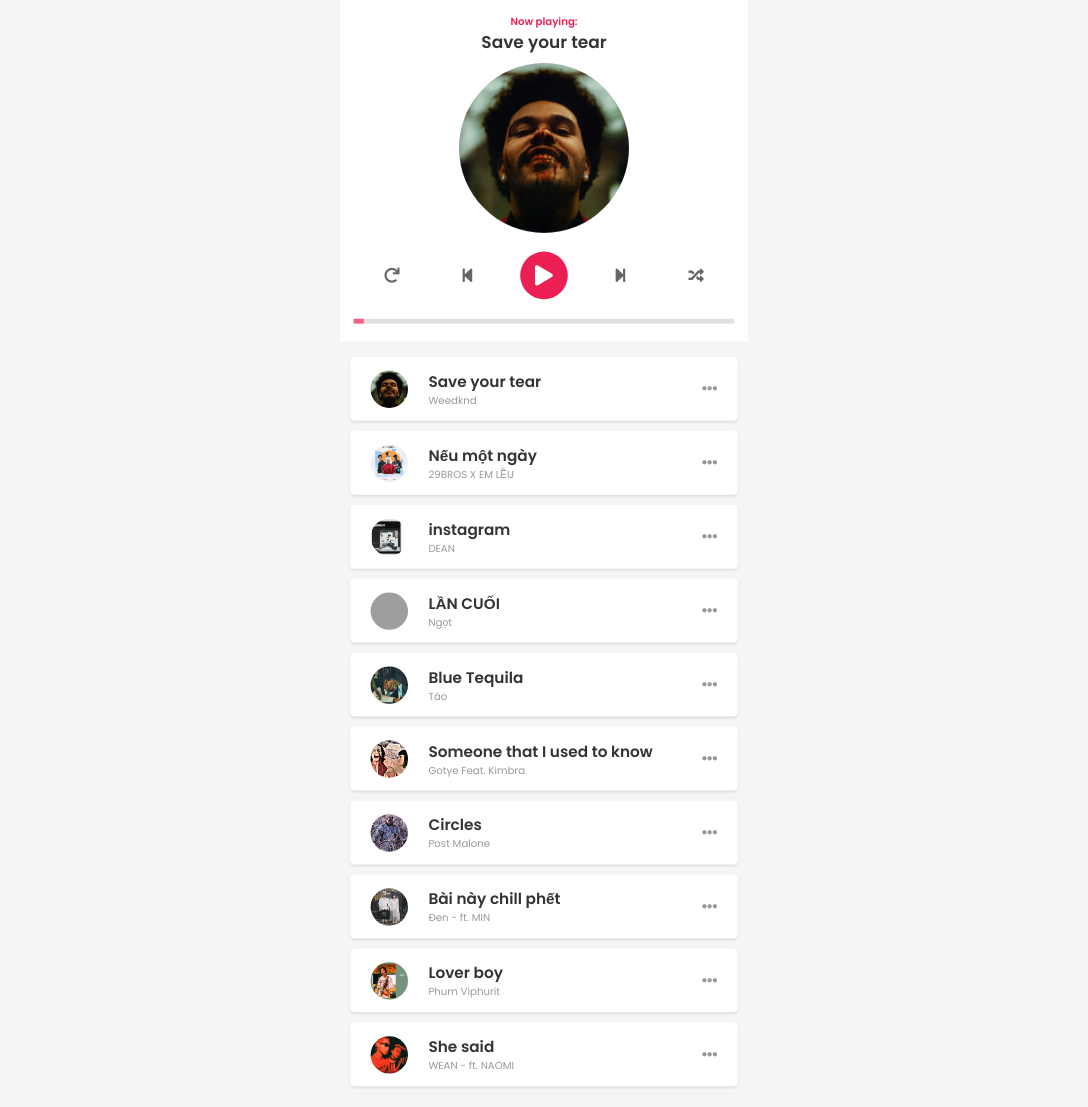
Repository: AnhTuan191298/sent-file-hoang
Page: music_player_f8/index.html
The author's editor kept a copy of each file at every save. The page is drawn from the files as they stood at one save, then again after the next save.
The browser window is 1280 px wide. The pictures show the whole page, at 85% of full size.
Pictures or frames that could not be fetched are drawn as grey boxes.

Above is the page before, as saved 2021-02-18 15:44:01.

### music_player_f8/index.html
<!DOCTYPE html>
<html lang="en">
<head>
    <meta charset="UTF-8">
    <meta http-equiv="X-UA-Compatible" content="IE=edge">
    <meta name="viewport" content="width=device-width, initial-scale=1.0">
    <title>Music player F8</title>
    <link rel="stylesheet" href="https://cdnjs.cloudflare.com/ajax/libs/font-awesome/5.15.2/css/all.min.css" integrity="sha512-HK5fgLBL+xu6dm/Ii3z4xhlSUyZgTT9tuc/hSrtw6uzJOvgRr2a9jyxxT1ely+B+xFAmJKVSTbpM/CuL7qxO8w==" crossorigin="anonymous" />
    <link rel="preconnect" href="https://fonts.gstatic.com">
    <link href="https://fonts.googleapis.com/css2?family=Poppins:wght@300;400;600&display=swap" rel="stylesheet">
    <link rel="stylesheet" href="./assets/css/main.css">
</head>
<body>
    <div class="player">
        <!-- Dashboard -->
        <div class="dashboard">
          <!-- Header -->
          <header>
            <h4>Now playing:</h4>
            <h2>String 57th & 9th</h2>
          </header>

          <!-- CD -->
          <div class="cd">
            <div class="cd-thumb" style="background-image: url('https://i.ytimg.com/vi/jTLhQf5KJSc/maxresdefault.jpg')">
            </div>
          </div>

          <!-- Control -->
          <div class="control">
            <div class="btn btn-repeat">
              <i class="fas fa-redo"></i>
            </div>
            <div class="btn btn-prev">
              <i class="fas fa-step-backward"></i>
            </div>
            <div class="btn btn-toggle-play">
              <i class="fas fa-pause icon-pause"></i>
              <i class="fas fa-play icon-play"></i>
            </div>
            <div class="btn btn-next">
              <i class="fas fa-step-forward"></i>
            </div>
            <div class="btn btn-random">
              <i class="fas fa-random"></i>
            </div>
          </div>

          <input id="progress" class="progress" type="range" value="0" step="1" min="0" max="100">

          <audio id="audio" src=""></audio>
        </div>

        <!-- Playlist -->
        <div class="playlist">

        </div>
    </div>

    <script src="./assets/js/main.js"></script>
</body>
</html>

### music_player_f8/assets/css/main.css
:root {
    --primary-color: #ec1f55;
    --text-color: #333;
  }

  * {
    padding: 0;
    margin: 0;
    box-sizing: inherit;
  }

  body {
    background-color: #f5f5f5;
  }

  html {
    box-sizing: border-box;
    font-family: "Poppins", sans-serif;
  }

  .player {
    position: relative;
    max-width: 480px;
    margin: 0 auto;
  }

  .player .icon-pause {
    display: none;
  }

  .player.playing .icon-pause {
    display: inline-block;
  }

  .player.playing .icon-play {
    display: none;
  }

  .dashboard {
    padding: 16px 16px 14px;
    background-color: #fff;
    position: fixed;
    top: 0;
    width: 100%;
    max-width: 480px;
    border-bottom: 1px solid #ebebeb;
  }

  /* HEADER */
  header {
    text-align: center;
    margin-bottom: 10px;
  }

  header h4 {
    color: var(--primary-color);
    font-size: 12px;
  }

  header h2 {
    color: var(--text-color);
    font-size: 20px;
  }

  /* CD */
  .cd {
    display: flex;
    margin: auto;
    width: 200px;
  }

  .cd-thumb {
    width: 100%;
    padding-top: 100%;
    border-radius: 50%;
    background-color: #333;
    background-size: cover;
    margin: auto;
  }

  /* CONTROL */
  .control {
    display: flex;
    align-items: center;
    justify-content: space-around;
    padding: 18px 0 8px 0;
  }

  .control .btn {
    color: #666;
    padding: 18px;
    font-size: 18px;
  }

  .control .btn.active {
    color: var(--primary-color);
  }

  .control .btn-toggle-play {
    width: 56px;
    height: 56px;
    border-radius: 50%;
    font-size: 24px;
    color: #fff;
    display: flex;
    align-items: center;
    justify-content: center;
    background-color: var(--primary-color);
  }

  .progress {
    width: 100%;
    -webkit-appearance: none;
    height: 6px;
    background: #d3d3d3;
    outline: none;
    opacity: 0.7;
    -webkit-transition: 0.2s;
    transition: opacity 0.2s;
  }

  .progress::-webkit-slider-thumb {
    -webkit-appearance: none;
    appearance: none;
    width: 12px;
    height: 6px;
    background-color: var(--primary-color);
    cursor: pointer;
  }

  /* PLAYLIST */
  .playlist {
    margin-top: 408px;
    padding: 12px;
  }

  .song {
    display: flex;
    align-items: center;
    margin-bottom: 12px;
    background-color: #fff;
    padding: 8px 16px;
    border-radius: 5px;
    box-shadow: 0 2px 3px rgba(0, 0, 0, 0.1);
  }

  .song.active {
    background-color: var(--primary-color);
  }

  .song:active {
    opacity: 0.8;
  }

  .song.active .option,
  .song.active .author,
  .song.active .title {
    color: #fff;
  }

  .song .thumb {
    width: 44px;
    height: 44px;
    border-radius: 50%;
    background-size: cover;
    margin: 0 8px;
  }

  .song .body {
    flex: 1;
    padding: 0 16px;
  }

  .song .title {
    font-size: 18px;
    color: var(--text-color);
  }

  .song .author {
    font-size: 12px;
    color: #999;
  }

  .song .option {
    padding: 16px 8px;
    color: #999;
    font-size: 18px;
    cursor: pointer;
  }

### music_player_f8/assets/js/main.js
const $ = document.querySelector.bind(document)
const $$ = document.querySelectorAll.bind(document)

/*
    1. Render song
    2. Scroll Top
    3. Play / Pause / Seek
    4. CD retate
    5. Next/Prev
    6. Random
    7. Next / Repeat when ended
    8. Active song
    9. Scroll active song into view
    10. Play song when click
*/

const player = $('.player')
const playlist = $('.playlist')
const heading = $('header h2')
const cdThumb = $('.cd-thumb')
const audio = $('#audio')
const cd = $('.cd')
const playBtn = $('.btn-toggle-play')
const progress = $('#progress')
const nextBtn = $('.btn-next')
const prevBtn = $('.btn-prev')
const randomBtn = $('.btn-random')
const repeatBtn = $('.btn-repeat')

const app = {
    currentIndex: 0,
    isPlaying: false,
    isRandom: false,
    isRepeat: false,
    songs: [
        {
            name: 'Save your tear',
            singer: 'Weedknd',
            path: './assets/audio/save_your_tear.mp3',
            img: './assets/img/save-your-tear.jpg'
        },
        {
            name: 'Nếu một ngày',
            singer: '29BROS X EM LỀU',
            path: './assets/audio/neu_mot_ngay.mp3',
            img: './assets/img/neu-mot-ngay.jpg'
        },
        {
            name: 'instagram',
            singer: 'DEAN',
            path: './assets/audio/instagram.mp3',
            img: './assets/img/instagram.jpg'
        },
        {
            name: 'LẦN CUỐI',
            singer: 'Ngọt',
            path: './assets/audio/lan_cuoi.mp3',
            img: './assets/img/lan-cuoi.jpg'
        },
        {
            name: 'Blue Tequila',
            singer: 'Táo',
            path: './assets/audio/blue_tequila.mp3',
            img: './assets/img/tequila.jpg'
        },
        {
            name: 'Someone that I used to know',
            singer: 'Gotye Feat. Kimbra',
            path: './assets/audio/somebody_that_i_used_to_know.mp3',
            img: './assets/img/somebody.jpg'
        },
        {
            name: 'Circles',
            singer: 'Post Malone',
            path: './assets/audio/circles.mp3',
            img: './assets/img/circles.jpg'
        },
        {
            name: 'Bài này chill phết',
            singer: 'Đen - ft. MIN',
            path: './assets/audio/bai_nay_chill_phet.mp3',
            img: './assets/img/chill.jpg'
        },
        {
            name: 'Lover boy',
            singer: 'Phum Viphurit',
            path: './assets/audio/lover_boy.mp3',
            img: './assets/img/lover-boy.jpg'
        },
        {
            name: 'She said',
            singer: 'WEAN - ft. NAOMI',
            path: './assets/audio/she_said.mp3',
            img: './assets/img/she-said.jpg'
        },
    ],
    render: function() {
        const htmls = this.songs.map(function(song, index) {
            return `
            <div class="song ${index === this.currentIndex ? 'active' : ''}">
                <div class="thumb" style="background-image: url('${song.img}')">
                </div>
                <div class="body">
                <h3 class="title">${song.name}</h3>
                <p class="author">${song.singer}</p>
                </div>
                <div class="option">
                <i class="fas fa-ellipsis-h"></i>
                </div>
            </div>
            `
        })
        playlist.innerHTML = htmls.join('')
    },
    defineProperties:function() {
        Object.defineProperty(this, 'currentSong', {
            get: function() {
                return this.songs[this.currentIndex]
            }
        })
    },
    handleEvents: function() {
        const _this= this
        const cdWidth = cd.offsetWidth

        // Xử lý CD quay/dừng
        const cdThumbAnimate = cdThumb.animate([
            {transform: 'rotate(360deg)'}
        ], {
            duration: 10000, //10 second
            iterations: Infinity
        })
        cdThumbAnimate.pause()

        // Xứ lý phóng to thu nhỏ CD
        document.onscroll = function() {
            const scrollTop = window.scrollY || document.documentElement.scrollTop
            const newCdWidth = cdWidth - scrollTop

            if (newCdWidth > 0) {
                cd.style.width = newCdWidth + 'px'
            } else if (newCdWidth < 0) {
                cd.style.width = 0 + 'px'
            }

            cd.style.opacity = newCdWidth / cdWidth
        }

        // Xử lý khi click play
        playBtn.onclick = function() {
            if (_this.isPlaying) {
                audio.pause()
            } else {
                audio.play()
            }

        }

        // Khi song được play
        audio.onplay = function() {
            _this.isPlaying = true
            player.classList.add('playing')
            cdThumbAnimate.play()
        }

         // Khi song bị pause
         audio.onpause = function() {
            _this.isPlaying = false
            player.classList.remove('playing')
            cdThumbAnimate.pause()
        }

        // Khi tiến độ bài hát thay đổi
        audio.ontimeupdate = function() {
            if (audio.duration) {
                const progressPercent = Math.floor(audio.currentTime / audio.duration * 100)
                progress.value = progressPercent
            }
        }

        // Xử lý khi tua song
        progress.onchange = function(e) {
            const seekTime = audio.duration / 100 * e.target.value
            audio.currentTime = seekTime
        }

        // Khi next song
        nextBtn.onclick = function() {
            if (_this.isRandom) {
                _this.playRandomSong()
            } else {
                _this.nextSong()
            }
            audio.play()
        }

        // Khi prev song
        prevBtn.onclick = function() {
            if (_this.isRandom) {
                _this.playRandomSong()
            } else {
                _this.prevSong()
            }
            audio.play()
        }

        // Xử lý bật/tắt random
        randomBtn.onclick = function() {
            _this.isRandom = !_this.isRandom
            randomBtn.classList.toggle('active', _this.isRandom )
        }

        // Xử lý phát lặp lại 1 song
        repeatBtn.onclick = function() {
            _this.isRepeat = !_this.isRepeat
            repeatBtn.classList.toggle('active', _this.isRepeat )
        }

        // Xử lý next song khi audio ended
        audio.onended = function(e) {
            if (_this.isRepeat) {
                audio.play()
            } else {
                nextBtn.click()
            }
        }

    },
    loadCurrentSong: function() {

        heading.textContent = this.currentSong.name
        cdThumb.style.backgroundImage = `url('${this.currentSong.img}')`
        audio.src = this.currentSong.path
    },
    nextSong: function() {
        this.currentIndex++
        if (this.currentIndex >= this.songs.length) {
            this.currentIndex = 0
        }
        this.loadCurrentSong()
    },
    prevSong: function() {
        this.currentIndex--
        if (this.currentIndex < 0) {
            this.currentIndex = this.songs.length - 1
        }
        this.loadCurrentSong()
    },
    playRandomSong: function() {
        let newIndex
        do {
            newIndex = Math.floor(Math.random() * this.songs.length)
        } while(newIndex === this.currentIndex)

        this.currentIndex = newIndex
        this.loadCurrentSong()
    },
    start: function() {
        // Định nghĩa các thuộc tính cho Object
        this.defineProperties()

        // Xử lý các sự kiện (DOM Events)
        this.handleEvents()

        // Tải thông tin bài hát đầu tiên vào UI khu chạy ứng dụng
        this.loadCurrentSong()

        // Render play list
        this.render()
    }
}

app.start()

After the next save:
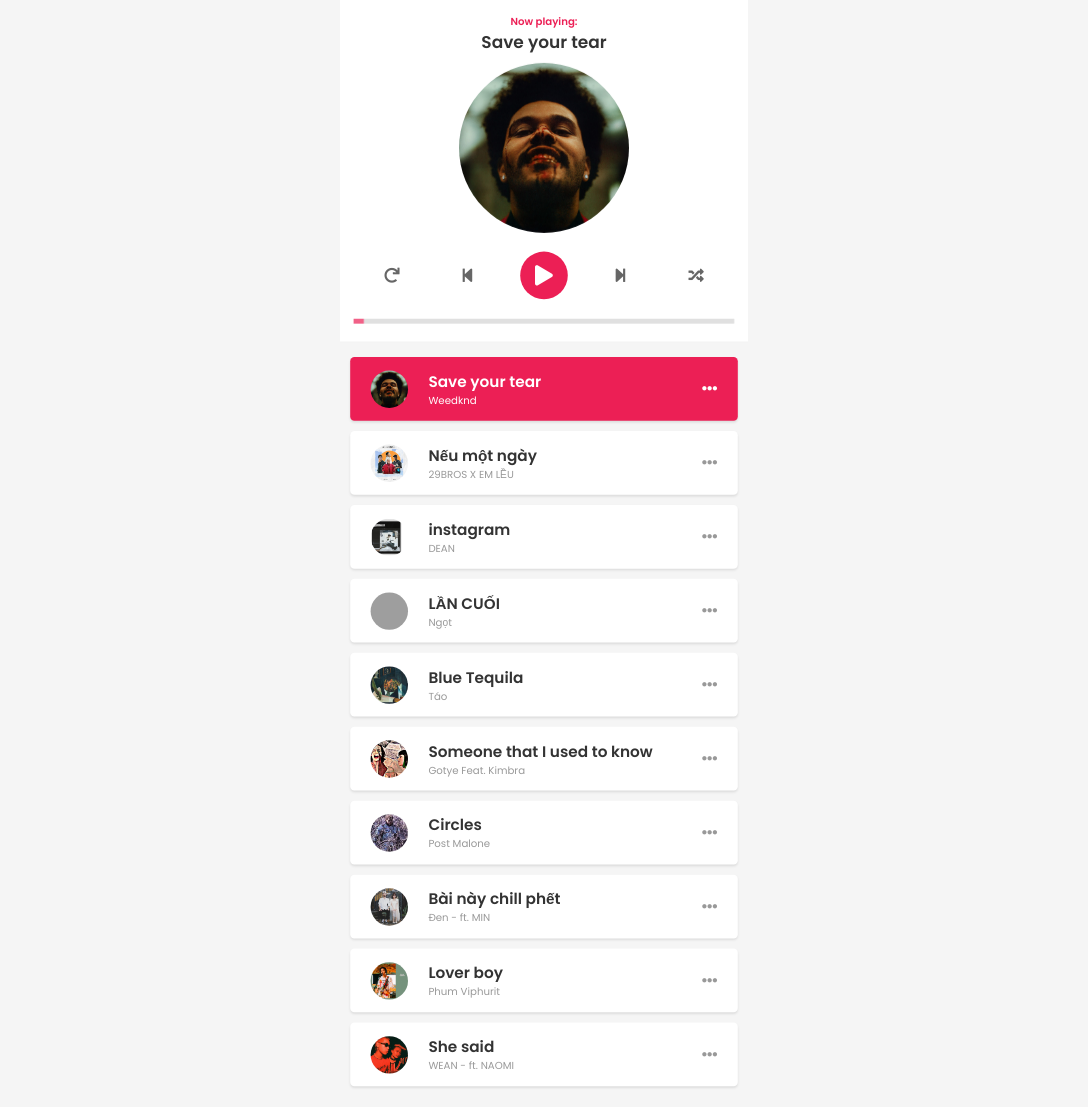
Saved 3 min 39 s later.
--- a/music_player_f8/assets/js/main.js
+++ b/music_player_f8/assets/js/main.js
@@ -97,7 +97,7 @@ const app = {
     render: function() {
         const htmls = this.songs.map(function(song, index) {
             return `
-            <div class="song ${index === this.currentIndex ? 'active' : ''}">
+            <div class="song ${index === app.currentIndex ? 'active' : ''}">
                 <div class="thumb" style="background-image: url('${song.img}')">
                 </div>
                 <div class="body">
